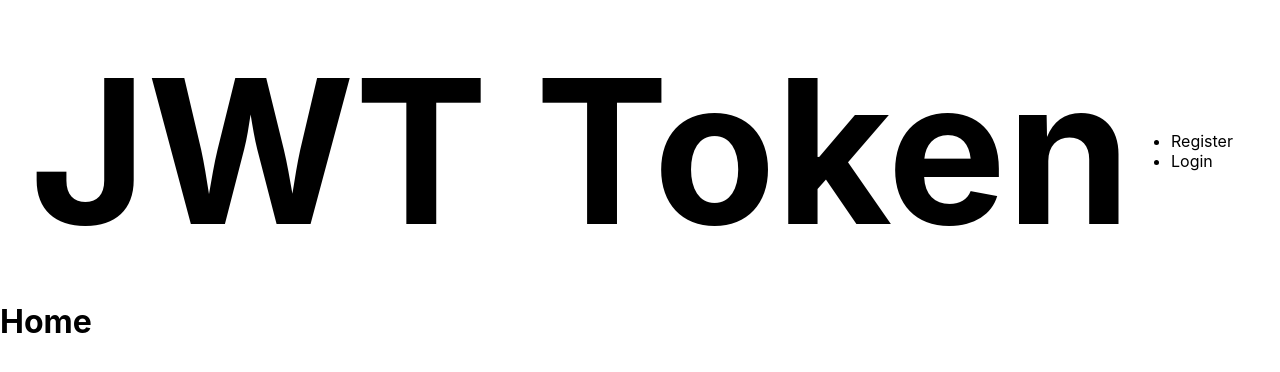
Repository: Prafullkuma/jwttoken
Page: /
An editor plug-in stored every save of this project. The page is shown before and after the next save, followed by the edit.
The browser window is 1280 px wide. The pictures show the whole page.
The project was rebuilt for these pictures with package versions that can differ from the ones it lists, and the page was loaded fresh each time. Also part of the build but not shown: src/App.css, src/component/Auth/Signup.js, src/component/Auth/Signin.js, src/component/User/User.js, src/component/Admin/Dashboard.js.

Above is the page before, as saved 2020-08-22 21:00:11.

### src/App.js
import React from 'react';
import { BrowserRouter, Route } from 'react-router-dom'
import './App.css';
import Navbar from './component/Navbar'
import Signup from './component/Auth/Signup';
import Signin from './component/Auth/Signin';
import User from './component/User/User';
import Dashboard from './component/Admin/Dashboard';
import Home from './component/Home/Home';

function App() {
  return (
    <div className="App">
      <BrowserRouter>
        <Navbar />
        <Route path="/signup" component={Signup} />
        <Route path="/signin" component={Signin} />
        <Route path="/user" component={User} />
        <Route path="/admin" component={Dashboard} />
        <Route exact path="/" component={Home} />
      </BrowserRouter>
    </div>
  );
}

export default App;

### src/component/Navbar.js
import React from 'react'
import { Link } from 'react-router-dom'
import './Navbar.css'
function Navbar() {
    return (
        <div>
            <section className="Nav">
                <h1> <Link to="/">JWT Token</Link></h1>
                <nav className="navbar-items">
                    <ul>
                        <li><Link to="/signup">Register</Link></li>
                        <li><Link to="/signin">Login</Link></li>
                    </ul>

                </nav>
            </section>
        </div>
    )
}

export default Navbar

### src/component/Navbar.css
.Nav{
display: flex;
align-items: center;
padding: 30px;
}
.Nav h1{
    font-size: 200px;
}
.Nav a{
    text-decoration: none;
    color:black
}
.navbar-items{
    display: flex;
}

Loaded but not shown: src/index.js (common file); src/index.css (common file); src/component/Home/Home.js (common file)

After the next save:
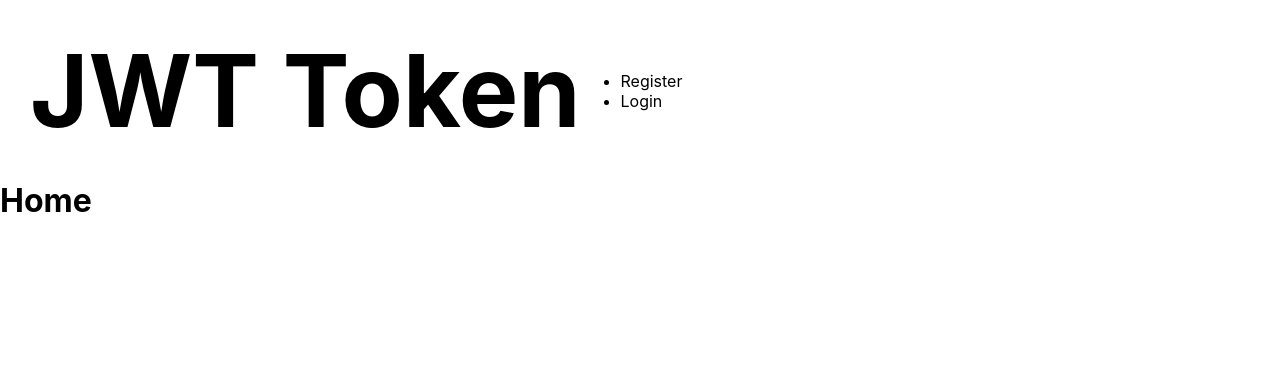
Saved 5 s later.
--- a/src/component/Navbar.css
+++ b/src/component/Navbar.css
@@ -4,7 +4,7 @@ align-items: center;
 padding: 30px;
 }
 .Nav h1{
-    font-size: 200px;
+    font-size: 100px;
 }
 .Nav a{
     text-decoration: none;
